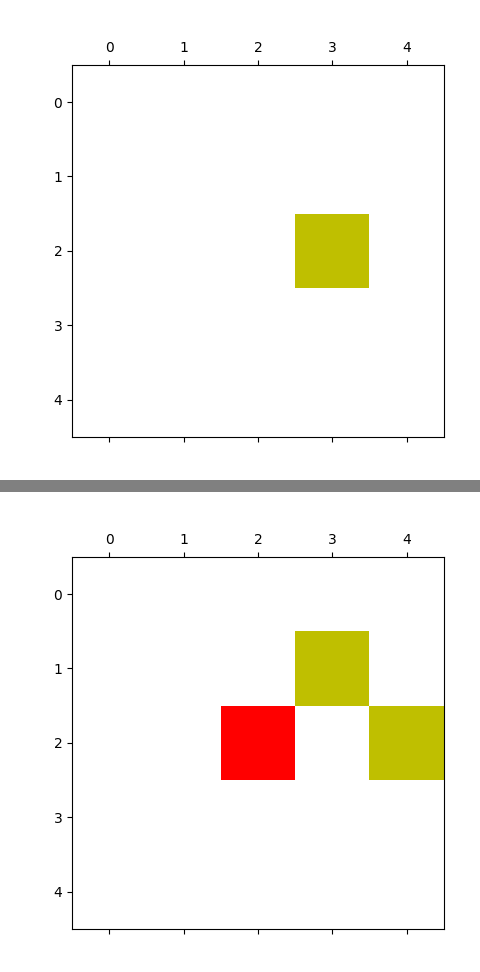
Repository: eduardodut/Trabalho_final_estatistica_cd
Script's output: python src/Simulador.py
An editor plug-in stored every save of this project. The script's output is shown before and after the next save, followed by the edit.
Each picture stacks the figures in order, with grey between them; figures that are only written to a file come last. Random numbers start from a fixed seed.

Above is the script's output before, as saved 2020-07-12 15:20:13.

### src/Simulador.py
import pandas as pd
import numpy as np
from Matriz_esferica import Matriz_esferica
from Individuo import Individuo, Fabrica_individuo
import random
from itertools import permutations
import matplotlib.pyplot as plt
from matplotlib.colors import ListedColormap
from scipy.sparse import csr_matrix, lil_matrix




class Simulador():
    SADIO = 0
    INFECTADO_TIPO_1 = 1 #assintomáticos e o infectado inicial
    INFECTADO_TIPO_2 = 2 #sintomático
    CURADO = 3
    MORTO = 4

    def __init__(
        self,
        tamanho_matriz,                 #numero de linhas e colunas da matriz esférica
        percentual_inicial_tipo1,       #percentual inicial da população que será infectada tipo 1
        percentual_inicial_tipo2,       #percentual inicial da população que será infectada tipo 2
        chance_infeccao,                #chance que um infectado tipo 2 tem de infectar um indivíduo saudável
        chance_infeccao_tipo2,          #chance de um indivíduo infectado se tornar contagioso
        chance_morte,                   #chance de um indivíduo tipo 2 morrer ao fim de uma atualização
        atualizacoes_cura):             #número de atualizações necessárias para a cura de um indivíduo tipo 1 ou 2

        self.num_atualizacoes = 0
        self.lista_infectados_tipo_2 = []
        self.lista_infectados_tipo_1 = []
        self.num_curados = 0
        self.num_mortos = 0

        self.chance_infeccao = chance_infeccao
        self.chance_infeccao_tipo2 = chance_infeccao_tipo2
        self.chance_morte = chance_morte
        self.atualizacoes_cura = atualizacoes_cura

        self.populacao_inicial = int(tamanho_matriz**2)
        self.num_inicial_tipo2 = int(self.populacao_inicial * percentual_inicial_tipo2)
        self.num_inicial_tipo1 = 1 + int(self.populacao_inicial * percentual_inicial_tipo1)
        self.num_inicial_sadios = self.populacao_inicial - (self.num_inicial_tipo2 + self.num_inicial_tipo1)

        self.matriz_status =lil_matrix((tamanho_matriz, tamanho_matriz),dtype= np.uint8) # np.zeros((tamanho_matriz, tamanho_matriz),dtype= np.uint8)#
        self.matriz_atualizacoes_cura = lil_matrix((tamanho_matriz, tamanho_matriz),dtype= np.uint8)#np.zeros((tamanho_matriz, tamanho_matriz),dtype= np.uint8)#



        #self.matriz_status = self.df_individuos.to_numpy()
        self.popular(tamanho_matriz)

        self.lista_matrizes_status = []


        #objeto que é responsável por validar a movimentação no grid n x n
        self.matriz_esferica = Matriz_esferica(tamanho_matriz)




        dict = {
                'num_sadios':self.num_inicial_sadios,
                'num_infect_t1':self.num_inicial_tipo1,
                'num_infect_t2':self.num_inicial_tipo2,
                'num_curados':0,
                'num_mortos':0}



        #dataframe que guardará os resultados de cada atualização
        self.dataframe = pd.DataFrame(dict,index = [0])
        self.salvar_posicionamento()


    def criar_individuo(self, status, posicao):

        self.matriz_status[posicao[0], posicao[1]] = status
        if status == self.INFECTADO_TIPO_1 or status == self.INFECTADO_TIPO_2:
            self.matriz_atualizacoes_cura[posicao[0], posicao[1]] = self.atualizacoes_cura
        else:
            self.matriz_atualizacoes_cura[posicao[0], posicao[1]] = 0


    def salvar_posicionamento(self):

        self.lista_matrizes_status.append(self.matriz_status)


    def verificar_infeccao(self, lista_infectantes):
        lista_novos_infectados_tipo1 = []
        lista_novos_infectados_tipo2 = []
        #itera sobre sobre a lista de individuos que infectam e cada um realiza a tividade de infectar
        for indice_infectante in lista_infectantes:

            #busca os vizinhos do infectante atual
            lista_vizinhos = self.matriz_esferica.get_vizinhos(indice_infectante)

            #Para cada vizinho, se ele for sadio, é gerado um número aleatório para verificar se foi infectado
            for indice_vizinho in lista_vizinhos:

                #verificação de SADIO
                if self.verifica_status(indice_vizinho) == self.SADIO:
                    #verificação do novo status
                    novo_status = self.infectar(chance_infeccao, chance_infeccao_tipo2)
                    #se for um infectado tipo 1
                    if novo_status == Individuo.INFECTADO_TIPO_1:
                        #adiciona na lista de novos tipo 1
                        lista_novos_infectados_tipo1.append(indice_vizinho)
                    if novo_status == Individuo.INFECTADO_TIPO_2:
                        #adiciona na lista de novos tipo 2
                        lista_novos_infectados_tipo2.append(indice_vizinho)


        return lista_novos_infectados_tipo1, lista_novos_infectados_tipo2

    def checagem_morte_individual(self, chance_morte):
        rng_morte = random.random()
        if rng_morte <= chance_morte:

            return self.MORTO
        else:
            return self.INFECTADO_TIPO_2

    def checar_cura_individual(self, indice):

        self.matriz_atualizacoes_cura[indice[0], indice[1]] = self.matriz_atualizacoes_cura[indice[0], indice[1]] - 1
        if self.matriz_atualizacoes_cura[indice[0], indice[1]] == 0:
            return self.CURADO
        else:
            return self.matriz_status[indice[0], indice[1]]

    def checagem_morte_lista(self, lista_infectantes):
        lista_mortos = []
        for indice_infectante in lista_infectantes:
            novo_status = self.checagem_morte_individual(self.chance_morte)
            if novo_status == Individuo.MORTO:
                lista_mortos.append(indice_infectante)
        return lista_mortos


    def checagem_cura_lista(self, lista_infectantes):
        lista_curados = []
        for indice_infectante in lista_infectantes:
            novo_status = self.checar_cura_individual(indice_infectante)
            if novo_status == Individuo.CURADO:
                lista_curados.append(indice_infectante)

        return lista_curados




    def iterar(self):

        #Verifica os novos infectados por infectantes do tipo 1 e 2
        #print(self.lista_infectados_tipo_1+self.lista_infectados_tipo_2)
        lista_novos_infectados_tipo1, lista_novos_infectados_tipo2 = self.verificar_infeccao(self.lista_infectados_tipo_1+self.lista_infectados_tipo_2)

        for indice in lista_novos_infectados_tipo1:
            self.criar_individuo(self.INFECTADO_TIPO_1, indice)
        for indice in lista_novos_infectados_tipo2:
            self.criar_individuo(self.INFECTADO_TIPO_2, indice)


        #Verifica morte dos infectados tipo 2
        lista_mortos = self.checagem_morte_lista(self.lista_infectados_tipo_2)
        #retira os indices dos individuos mortos da lista de infectados
        self.lista_infectados_tipo_2 = [indice for indice in self.lista_infectados_tipo_2 if indice not in lista_mortos]
        #Instancia individuos mortos na matriz
        for indice in lista_mortos:
            self.criar_individuo(self.MORTO, indice)
        #atualiza o número de mortos na matriz
        #self.num_mortos = self.num_mortos + len(lista_mortos)

        #Verifica cura dos infectados tipo 1
        lista_curados_t1 = self.checagem_cura_lista(self.lista_infectados_tipo_1)

        #Verifica cura dos infectados tipo 2
        lista_curados_t2 = self.checagem_cura_lista(self.lista_infectados_tipo_2 )

        #Instancia individuos mortos na matriz
        for indice in lista_curados_t1+lista_curados_t2:
            self.criar_individuo(self.CURADO, indice)

        #atualiza o número de curados na matriz
        #self.num_curados = self.num_curados + len(lista_curados_t1 + lista_curados_t2)


        #Atualiza a lista de infectados após a cura dos individuos
        self.lista_infectados_tipo_1 = [indice for indice in self.lista_infectados_tipo_1 if indice not in lista_curados_t1]
        self.lista_infectados_tipo_2 = [indice for indice in self.lista_infectados_tipo_2 if indice not in lista_curados_t2]

        #movimentação
        for indice in self.lista_infectados_tipo_1+self.lista_infectados_tipo_2:
            self.mover_infectante(indice)


        self.lista_infectados_tipo_1 = []
        self.lista_infectados_tipo_2 = []
        # matriz_infectantes = self.matriz_status[self.matriz_status > 0]
        # matriz_infectantes = matriz_infectantes[matriz_infectantes < 3]
        indices_nao_sadios = zip(*self.matriz_status.nonzero())
        self.num_curados = 0
        self.num_mortos = 0
        for indice in indices_nao_sadios:
            print("Indice ",indice)
            status = self.matriz_status[indice[0], indice[1]]
            if status == self.INFECTADO_TIPO_1:
                self.lista_infectados_tipo_1.append(indice)
            if status == self.INFECTADO_TIPO_2:
                self.lista_infectados_tipo_2.append(indice)
            if status == self.CURADO:
                self.num_curados +=1
            if status == self.MORTO:
                self.num_mortos +=1



        dict = {'num_sadios': self.populacao_inicial,
                'num_infect_t1': len(self.lista_infectados_tipo_1),
                'num_infect_t2': len(self.lista_infectados_tipo_2),
                'num_curados': self.num_curados,
                'num_mortos': self.num_mortos}

        self.dataframe = self.dataframe.append(dict, ignore_index=True)

        self.salvar_posicionamento()

        #adiciona 1 ao número de atualizações realizadas na matriz
        self.num_atualizacoes +=1

    def infectar(self, chance_infeccao, chance_infeccao_tipo2):
        saida = Individuo.SADIO

        #número aleatório para chance de infectar o vizinho
        rng_infeccao = random.random()
        if rng_infeccao <= chance_infeccao:
            #número aleatório para chance de infecção tipo 1 ou 2
            rng_infeccao_tipo2 = random.random()
            if rng_infeccao_tipo2 <= chance_infeccao_tipo2:
                saida = Individuo.INFECTADO_TIPO_2
            else:
                saida = Individuo.INFECTADO_TIPO_1
        return saida

    def popular(self, tamanho_matriz):

        #lista de possíveis combinações de índices da matriz de dados
        permutacoes = permutations(list(range(tamanho_matriz)),2)
        #conversão para lista de tuplas(x,y)
        lista_indices = list(permutacoes)
        #embaralhamento dos índices
        random.shuffle(lista_indices)

        #cria o primeiro tipo1:
        indice = lista_indices.pop()
        self.criar_individuo(Individuo.INFECTADO_TIPO_1, indice)
        self.lista_infectados_tipo_1.append(indice)
        #cria o restante dos tipos 1
        for i in range(1,self.num_inicial_tipo1):
            indice = lista_indices.pop()
            self.criar_individuo(Individuo.INFECTADO_TIPO_1,indice)
            self.lista_infectados_tipo_1.append(indice)
        #cria o restante dos tipo 2:
        for indice in range(self.num_inicial_tipo2):
            indice = lista_indices.pop()
            self.criar_individuo(Individuo.INFECTADO_TIPO_2,indice)
            self.lista_infectados_tipo_2.append(indice)

    def trocar(self,matriz,ponto_ini,ponto_final):
        x_ini = ponto_ini[0]
        y_ini = ponto_ini[1]
        x_fin = ponto_final[0]
        y_fin = ponto_final[1]

        aux = matriz[x_fin,y_fin]
        matriz[x_fin,y_fin] = matriz[x_ini,y_ini]
        matriz[x_ini,y_ini] = aux


    def verifica_status(self, indice):
        return self.matriz_status[indice[0], indice[1]]

    def mover_infectante(self, posicao_inicial):
        pos_x, pos_y = posicao_inicial[0], posicao_inicial[1]
        rng_posicao = random.random()
        if rng_posicao <=0.25:
            #move pra cima
            pos_x -= 1
        elif rng_posicao <=0.5:
            #move pra baixo
            pos_x += 1
        elif rng_posicao <=0.75:
            #move para esquerda
            pos_y -= 1
        else:
            #move para direita
            pos_y += 1

        posicao_final= self.matriz_esferica.valida_ponto_matriz(pos_x, pos_y)


        self.trocar(self.matriz_status, posicao_inicial, posicao_final)
        self.trocar(self.matriz_atualizacoes_cura, posicao_inicial, posicao_final)
        return posicao_final






chance_infeccao = 0.3
chance_infeccao_tipo2 = 0.3
chance_morte = 0.1
atualizacoes_cura = 10
percentual_inicial_tipo1 = 0.0
percentual_inicial_tipo2 = 0.0


sim = Simulador(
    5,
    percentual_inicial_tipo1,
    percentual_inicial_tipo2,
    chance_infeccao,
    chance_infeccao_tipo2,
    chance_morte,atualizacoes_cura)

#print(sim.lista_matrizes_posicionamento[0])
#print(sim.lista_infectados_tipo_2)
#print(sim.lista_infectados_tipo_1)
cmap = ListedColormap(['w', 'y', 'r', 'blue', 'black'])


#while (sim.dataframe.iloc[-1]['num_infect_t1']+sim.dataframe.iloc[-1]['num_infect_t2']) > 0:
    #plt.matshow(sim.matriz_status.toarray(), cmap = cmap, vmin= 0, vmax = 4)
 #   print(sim.dataframe.iloc[-1])
    #sim.iterar()
    #print(sim.dataframe.iloc[-1])
    #print("xxxxxxxxxxxxxxxxxTipo: ",type(sim.lista_matrizes_posicionamento[len(sim.lista_matrizes_posicionamento)-1].toarray()))

#print(sim.dataframe)
#plt.show()
for i in range(2):
    plt.matshow(sim.lista_matrizes_status[i].toarray(), cmap = cmap, vmin= 0, vmax = 4)
    sim.iterar()
print(sim.dataframe)
plt.show()

### src/Matriz_esferica.py

import random

class Matriz_esferica():

    def __init__(self, tamanho):
        self.tamanho = tamanho

    def get_vizinho_esquerda(self, indice_x: int, indice_y: int):
        return self.checa_limite_matriz(indice_x), self.checa_limite_matriz(indice_y -1)

    def get_vizinho_direita(self, indice_x: int, indice_y: int):
        return self.checa_limite_matriz(indice_x), self.checa_limite_matriz(indice_y + 1)

    def get_vizinho_cima(self, indice_x: int, indice_y: int):
        return self.checa_limite_matriz(indice_x - 1), self.checa_limite_matriz(indice_y)

    def get_vizinho_baixo(self, indice_x: int, indice_y: int):
        return self.checa_limite_matriz(indice_x + 1), self.checa_limite_matriz(indice_y)

    def get_vizinhos(self, indice):
        indice_x = indice[0]
        indice_y = indice[1]
        return self.get_vizinho_cima(indice_x,indice_y), self.get_vizinho_baixo(indice_x,indice_y),  self.get_vizinho_esquerda(indice_x,indice_y), self.get_vizinho_direita(indice_x,indice_y)

    def checa_limite_matriz(self, indice):

        if indice < 0:
            return self.tamanho + indice
        elif indice > self.tamanho - 1:
            return indice - self.tamanho
        else:
            return indice

    def valida_ponto_matriz(self, indice_x: int, indice_y: int):

        return self.checa_limite_matriz(indice_x), self.checa_limite_matriz(indice_y)

    #devolve um ponto aleatório vizinho da matriz a partir do ponto especificado em uma das 8 direções
    def passo(self, indice_x: int, indice_y: int, tamanho_max_passo: int):

        passo_x = tamanho_max_passo if random.random() >=0.5 else -tamanho_max_passo
        passo_y = tamanho_max_passo if random.random() >=0.5 else -tamanho_max_passo
        return self.checa_limite_matriz(indice_x + passo_x), self.checa_limite_matriz(indice_y + passo_y)

### src/Individuo.py
import random

class Individuo():

    SADIO = 0
    INFECTADO_TIPO_1 = 1 #assintomáticos e o infectado inicial
    INFECTADO_TIPO_2 = 2 #sintomático
    CURADO = 3
    MORTO = 4

    def __init__(
        self,
        status,
        atualizacoes_cura,
        posicao):

        self.status = status
        self.atualizacoes_cura = atualizacoes_cura
        self.posicao = posicao
    # def __repr__(self):
    #     return  str(self.status)




    def infectar(self, chance_infeccao, chance_infeccao_tipo2):
        saida = Individuo.SADIO
        if (self.status == Individuo.INFECTADO_TIPO_2 or self.status == Individuo.INFECTADO_TIPO_1):
            #número aleatório para chance de infectar o vizinho
            rng_infeccao = random.random()
            if rng_infeccao <= chance_infeccao:
                #número aleatório para chance de infecção tipo 1 ou 2
                rng_infeccao_tipo2 = random.random()
                if rng_infeccao_tipo2 <= chance_infeccao_tipo2:
                    saida = Individuo.INFECTADO_TIPO_2
                else:
                    saida = Individuo.INFECTADO_TIPO_1



        return saida

    def checagem_morte(self, chance_morte):

        if self.status == Individuo.INFECTADO_TIPO_2:
            rng_morte = random.random()
            if rng_morte <= chance_morte:
                self.status = Individuo.MORTO
                return self.status

        return self.checagem_cura()

    def checagem_cura(self):
        if self.status == Individuo.INFECTADO_TIPO_2 or self.status == Individuo.INFECTADO_TIPO_1:
            self.atualizacoes_cura = self.atualizacoes_cura - 1

            if self.atualizacoes_cura == 0:
                self.status = Individuo.CURADO

        return self.status



class Fabrica_individuo():

    def __init__(
        self,
        atualizacoes_cura):             #número de atualizações necessárias para a cura de um indivíduo tipo 1 ou 2

        self.atualizacoes_cura = atualizacoes_cura

    def criar_individuo(self, status_inicial, posicao):

        return Individuo(
            status_inicial,
            self.atualizacoes_cura,
            posicao)

After the next save:
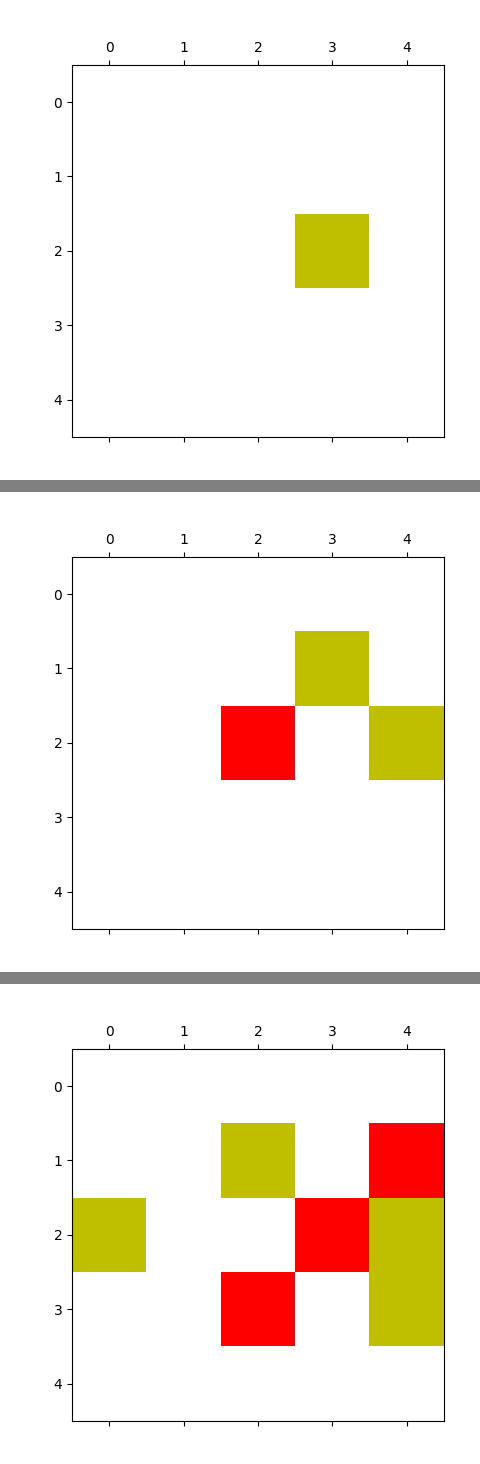
Saved 63 s later.
--- a/src/Simulador.py
+++ b/src/Simulador.py
@@ -343,7 +343,7 @@ cmap = ListedColormap(['w', 'y', 'r', 'blue', 'black'])
 
 #print(sim.dataframe)
 #plt.show()
-for i in range(2):
+for i in range(3):
     plt.matshow(sim.lista_matrizes_status[i].toarray(), cmap = cmap, vmin= 0, vmax = 4)
     sim.iterar()
 print(sim.dataframe)
